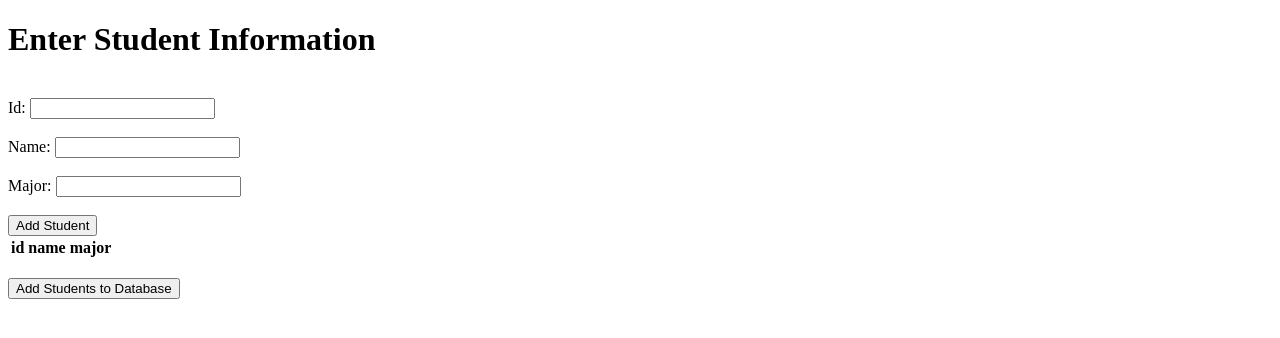
Repository: RevatureSteve/Java
Page: Week_4_JavaScript/JavaScriptClassExamples/WebContent/form.html
These files come from the project's save history. The page is drawn as it stood at one moment and after the next save; the edit follows.
The browser window is 1280 px wide. The pictures show the whole page.

Above is the page before, as saved 2016-09-07 19:21:10.

### Week_4_JavaScript/JavaScriptClassExamples/WebContent/form.html
<!DOCTYPE html>
<html>
<head>
<meta charset="ISO-8859-1">
<title>Add Students</title>
</head>
<body>
<h1> Enter Student Information</h1><br />
Id: <input type="text" id="t_id" /><br /> <br />

Name: <input type="text" id="t_name" /> <br /> <br />

Major: <input type="text" id="t_major" /><br /> <br />

<button id="add">Add Student</button>

<table id="students">
	<tr>
		<th>id</th>
		<th>name</th>
		<th>major</th>
	</tr>
</table>
<br>
<form>

	<input type="submit" value="Add Students to Database"/>
</form>

<script type="text/javascript" src="resources/js/form.js"></script>
</body>
</html>

### Week_4_JavaScript/JavaScriptClassExamples/WebContent/resources/js/form.js
/**
 * Form Javascript for adding students
 */

function add(){

	//Element Values
	var id = document.getElementById("t_id").value;
	var name = document.getElementById("t_name").value;
	var major = document.getElementById("t_major").value;

	//Create Row Element
	var row = document.createElement("tr");

	//Create Row Cells
	var cell1 = document.createElement("td");
	var cell2 = document.createElement("td");
	var cell3 = document.createElement("td");

	//Append the cells to the row
	row.appendChild(cell1);
	row.appendChild(cell2);
	row.appendChild(cell3);

	//add text
	cell1.innerHTML = id;
	cell2.innerHTML = name;
	cell3.innerHTML = major;

	//append to the table
	document.getElementById("students").appendChild(row);
}


function addStudentToDatabase(){
	//Element Values
	var id = document.getElementById("t_id").value;
	var name = document.getElementById("t_name").value;
	var major = document.getElementById("t_major").value;

	//Create input tags
	var input_user_id = document.createElement("input");
	var input_user_name = document.createElement("input");
	var input_user_major = document.createElement("input");
}


//Add event listener to document
document.getElementById("add").addEventListener("click", add, false);

After the next save:
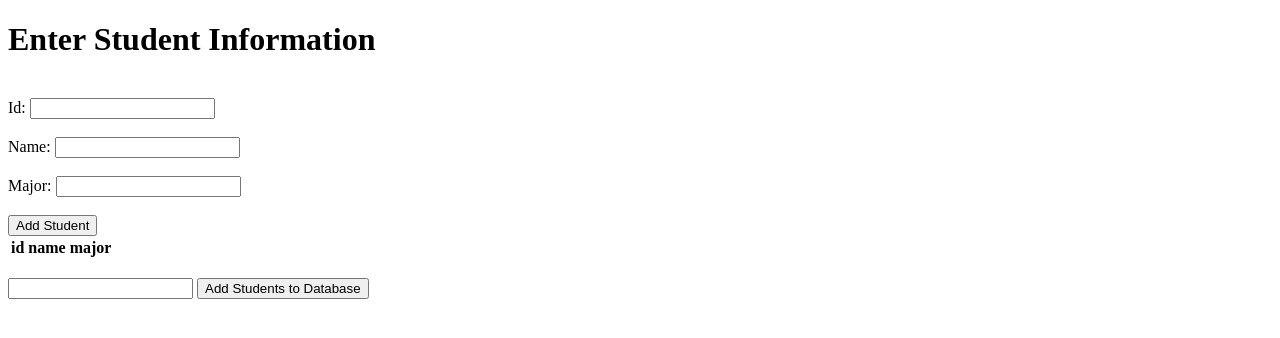
Saved 20 s later.
--- a/Week_4_JavaScript/JavaScriptClassExamples/WebContent/form.html
+++ b/Week_4_JavaScript/JavaScriptClassExamples/WebContent/form.html
@@ -23,7 +23,7 @@
 </table>
 <br>
 <form>
-
+	<input >
 	<input type="submit" value="Add Students to Database"/>
 </form>
 

After the 2 saves that followed:
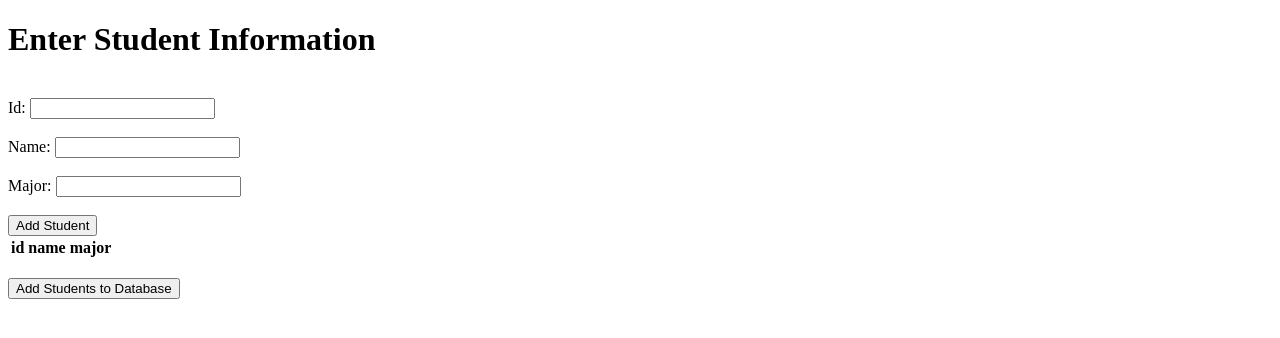
The 2 saves are shown as one change because 1 left the picture as it was.
The last was saved 78 s later.
--- a/Week_4_JavaScript/JavaScriptClassExamples/WebContent/form.html
+++ b/Week_4_JavaScript/JavaScriptClassExamples/WebContent/form.html
@@ -23,7 +23,7 @@
 </table>
 <br>
 <form>
-	<input >
+
 	<input type="submit" value="Add Students to Database"/>
 </form>
 
